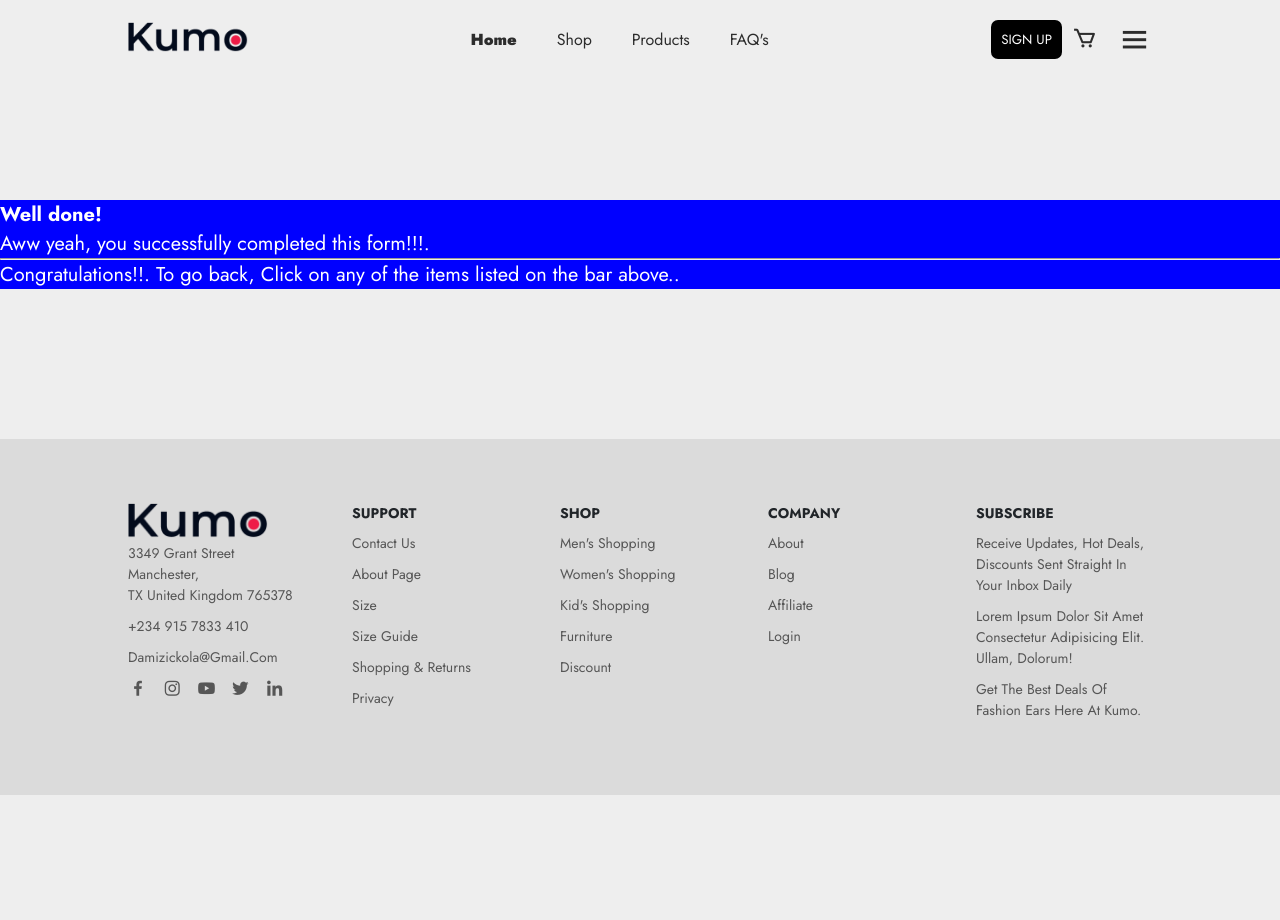
Repository: isaacCodes1/Kumo-Website.
Page: alert.html
An editor plug-in stored every save of this project. The page is shown before and after a run of saves, followed by the edit.
The browser window is 1280 px wide. The pictures show the whole page.

Above is the page before, as saved 2024-03-26 11:21:28.

After the next 4 saves:
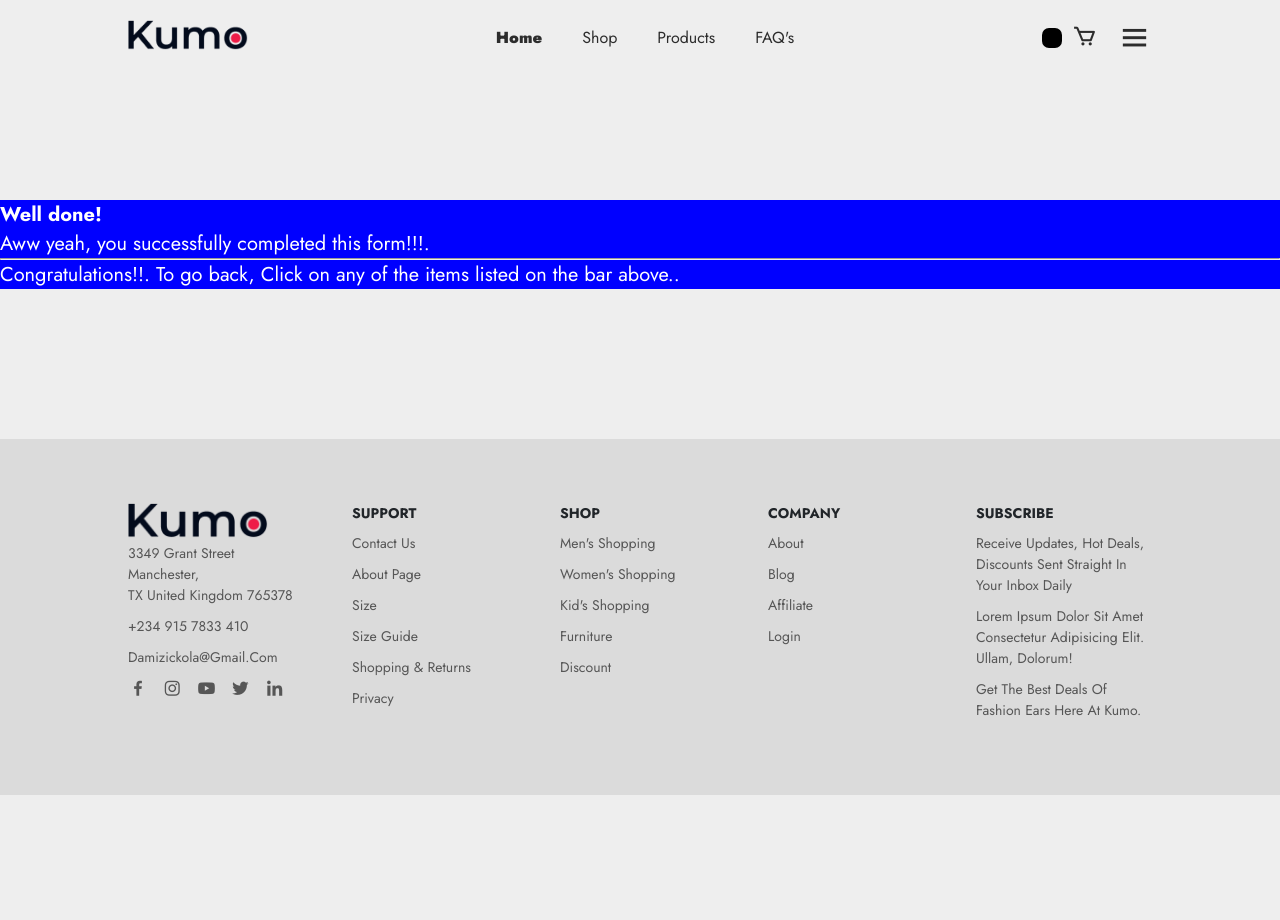
The 4 saves are shown as one change because they came seconds apart.
The last was saved 15 s later.
--- a/alert.html
+++ b/alert.html
@@ -34,7 +34,7 @@
         <li><a href="Questions.html">FAQ's</a></li>
       </ul>
       <div class="nav-icon">
-        <button class="yes">SIGN UP</button>
+        <a href="form.html" class="yes"></a>
         <a href="#"><i class="bx bx-cart"></i></a>
         <div class="bx bx-menu" id="menu-icon"></div>
       </div>
